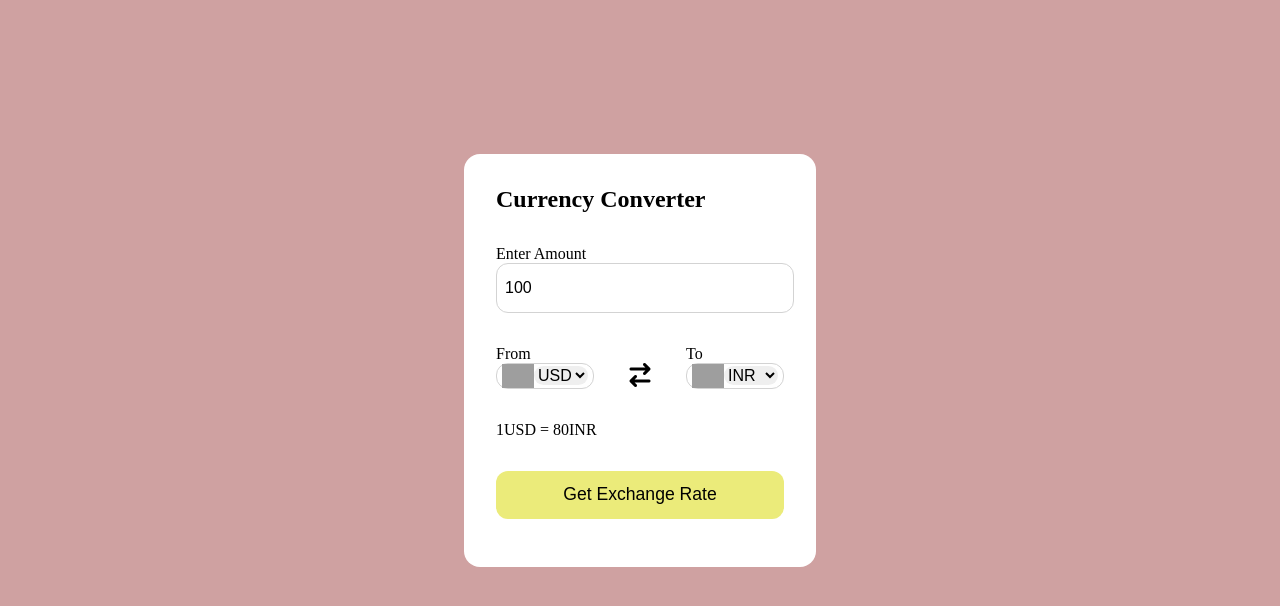
Repository: Chiranshukapil/Currency-Converter
Page: index.html
These files come from the project's save history. The page is drawn as it stood at one moment and after the next save; the edit follows.
The browser window is 1280 px wide. The pictures show the whole page.
Pictures or frames that could not be fetched are drawn as grey boxes.

Above is the page before, as saved 2024-07-01 04:36:07.

### index.html
<!DOCTYPE html>
<html lang="en">
<head>
    <meta charset="UTF-8">
    <meta name="viewport" content="width=device-width, initial-scale=1.0">
    <title>Currency Converter</title>
    <link rel="stylesheet" href="style.css">
    <link rel="stylesheet" href="https://cdnjs.cloudflare.com/ajax/libs/font-awesome/6.5.2/css/all.min.css" integrity="sha512-SnH5WK+bZxgPHs44uWIX+LLJAJ9/2PkPKZ5QiAj6Ta86w+fsb2TkcmfRyVX3pBnMFcV7oQPJkl9QevSCWr3W6A==" crossorigin="anonymous" referrerpolicy="no-referrer" />
</head>
<body>
    <div class="container">
        <h2>Currency Converter</h2>
        <form>
            <div class="amount">
                <p>Enter Amount</p>
                <input value="100" type="text">
            </div>
            <div class="dropdown">
                <div class="from">
                    <p>From</p>
                    <div class="select-container">
                        <img src="https://flagsapi.com/US/flat/64.png">
                        <select name="from">
                            <option value="USD">USD</option>
                            <option value="INR">INR</option>
                            <option value="EUR">EUR</option>
                            <option value="AUD">AUD</option>
                        </select>
                    </div>
                </div>
                <i class="fa-solid fa-arrow-right-arrow-left"></i>
                <div class="to">
                    <p>To</p>
                    <div class="select-container">
                        <img src="https://flagsapi.com/IN/flat/64.png">
                        <select name="to">
                            <option value="USD">USD</option>
                            <option value="INR" selected>INR</option>
                            <option value="EUR">EUR</option>
                            <option value="AUD">AUD</option>
                        </select>
                    </div>
                </div>
            </div>
            <div class="msg">1USD = 80INR</div>
            <button>Get Exchange Rate</button>
        </form>
    </div>



    <script src="script.js"></script>
</body>
</html>

### style.css
*{
    margin: 0;
    padding: 0;
}

html,body{
    height: 100%;
    width: 100%;
    display: flex;
    flex-direction: column;
    align-items: center;
    justify-content: center;
    background-color: rgb(207, 161, 161);
}
.container{
    /* display: flex;
    flex-direction: column;
    text-align: center;
    align-items: center;
    justify-content: center; */
    background-color: white;
    padding: 2rem;
    border-radius: 1rem;
    min-height: 45vh;
    width: 40vh;
}

form{
    margin: 2rem 0 1rem 0;
}

form select,button,input{
    width: 100%;
    border: none;
    outline: none;
    border-radius: 0.75rem;
}

form input{
    border: 1px solid lightgray;
    font-size: 1rem;
    height: 3rem;
    padding-left: 0.5rem;
}

.dropdown{
    display: flex;
    justify-content: space-between;
    align-items: center;
    margin-top: 2rem;
}

.dropdown i{
    font-size: 1.5rem;
    margin-top: 1rem;
}

.select-container img{
    max-width: 2rem;
}

.select-container{
    display: flex;
    justify-content: center;
    align-items: center;
    width: 6rem;
    border-radius: 0.75rem;
    border: 1px solid lightgray;
}

.select-container select{
    font-size: 1rem;
    width: auto;
}

.msg{
    margin: 2rem 0;
}

form button{
    height: 3rem;
    cursor: pointer;
    font-size: 1.1rem;
    background-color: rgb(235, 235, 122);
}

Loaded but not shown: script.js (no copy from this time; the picture is the same without it)

After the next save:
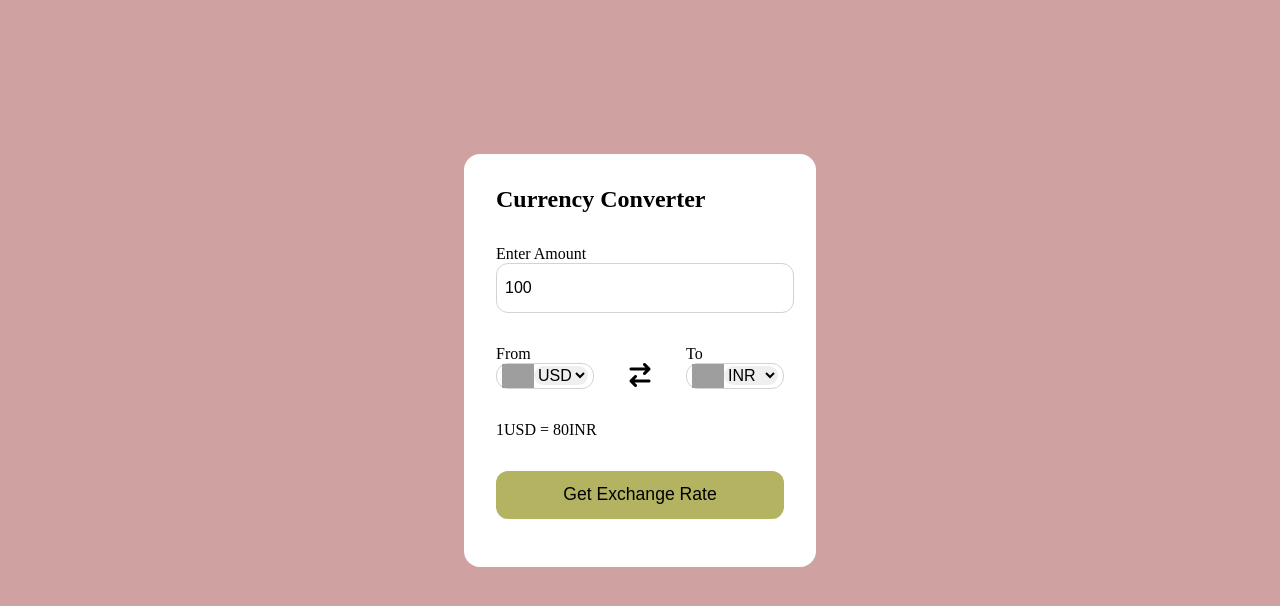
Saved 6 s later.
--- a/style.css
+++ b/style.css
@@ -81,5 +81,5 @@ form button{
     height: 3rem;
     cursor: pointer;
     font-size: 1.1rem;
-    background-color: rgb(235, 235, 122);
+    background-color: rgb(179, 179, 98);
 }
